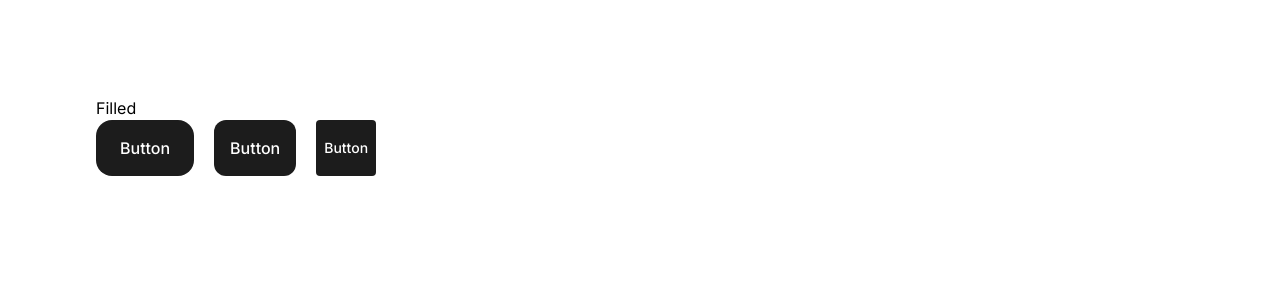
Repository: ggonzaga29/polarized-dashboard
Page: /
An editor plug-in stored every save of this project. The page is shown before and after the next save, followed by the edit.
The browser window is 1280 px wide. The pictures show the whole page.
The project was rebuilt for these pictures with package versions that can differ from the ones it lists, and the page was loaded fresh each time. The framework's server and built-in components were replaced by stand-ins that run in the browser. Also part of the build but not shown: next.config.js.

Above is the page before, as saved 2023-08-03 12:55:35.

### src/app/layout.jsx
import './globals.css';
import { Inter } from 'next/font/google';
import { ThemeProvider } from '@/context/theme-provider';

const inter = Inter({ subsets: ['latin'] });

export const metadata = {
  title: 'Polarized | Dashboard',
};

export default function RootLayout({ children }) {
  return (
    <html lang="en">
      <body className={inter.className}>
        <ThemeProvider attribute="class" defaultTheme="system" enableSystem>
          {children}
        </ThemeProvider>
      </body>
    </html>
  );
}

### src/app/page.jsx
import Image from 'next/image';
import { Button } from '@/components/ui/button';

export default function Home() {
  return (
    <main className="min-h-screen flex-col items-center justify-between p-24">
      <h2>Filled</h2>
      <div className="flex gap-5 ">
        <Button variant="filled" size="lg">
          Button
        </Button>
        <Button variant="filled" size="md">
          Button
        </Button>
        <Button variant="filled" size="sm">
          Button
        </Button>
      </div>
    </main>
  );
}

### src/app/globals.css
@tailwind base;
@tailwind components;
@tailwind utilities;

@layer base {
  :root {
    /* --background: 0 0% 100%;
    --foreground: 240 10% 3.9%;

    --muted: 240 4.8% 95.9%;
    --muted-foreground: 240 3.8% 46.1%;

    --popover: 0 0% 100%;
    --popover-foreground: 240 10% 3.9%;

    --card: 0 0% 100%;
    --card-foreground: 240 10% 3.9%;

    --border: 240 5.9% 90%;
    --input: 240 5.9% 90%;

    --primary: 240 5.9% 10%;
    --primary-foreground: 0 0% 98%;

    --secondary: 240 4.8% 95.9%;
    --secondary-foreground: 240 5.9% 10%;

    --accent: 240 4.8% 95.9%;
    --accent-foreground: 240 5.9% 10%;

    --destructive: 0 84.2% 60.2%;
    --destructive-foreground: 0 0% 98%;

    --ring: 240 5% 64.9%;

    --radius: 0.5rem; */

    /* 1C1C1C */
    --black-100: hsl(0, 0%, 11%);
    --black-80: hsl(0%, 11%, 80%);

    --white-100: hsl(0, 0%, 100%);
    --white-80: hsl(0, 0%, 80%);
    --white-40: hsl(0, 0%, 40%);
    --white-20: hsl(0, 0%, 20%);
    --white-10: hsl(0, 0%, 10%);
    --white-5: hsl(0, 0%, 5%);

    /* F7F9FB */
    --primary-light: hsl(210, 50%, 98%);
    /* E3F5FF */
    --primary-blue: hsl(210, 90%, 95%);
    /* E5ECF6 */
    --primary-purple: hsl(240, 20%, 90%);
    /* 1C1C1C */
    --primary-brand: hsl(0, 0%, 11%);

    /* 95A4FC */
    --secondary-purple-a: hsl(240, 60%, 75%);
    /* A8C5DA */
    --secondary-blue-a: hsl(200, 30%, 75%);
    /* E3F5FF */
    --secondary-blue-b: hsl(210, 90%, 95%);
    /* A1E3CB */
    --secondary-green-a: hsl(160, 70%, 75%);
    /* BAEDBD */
    --secondary-green-b: hsl(100, 40%, 75%);
    /* FFE999 */
    --secondary-yellow: hsl(50, 100%, 75%);
    /* FF4747 */
    --secondary-red: hsl(0, 100, 64);
  }

  .dark {
    /* --background: 240 10% 3.9%;
    --foreground: 0 0% 98%;

    --muted: 240 3.7% 15.9%;
    --muted-foreground: 240 5% 64.9%;

    --popover: 240 10% 3.9%;
    --popover-foreground: 0 0% 98%;

    --card: 240 10% 3.9%;
    --card-foreground: 0 0% 98%;

    --border: 240 3.7% 15.9%;
    --input: 240 3.7% 15.9%;

    --primary: 0 0% 98%;
    --primary-foreground: 240 5.9% 10%;

    --secondary: 240 3.7% 15.9%;
    --secondary-foreground: 0 0% 98%;

    --accent: 240 3.7% 15.9%;
    --accent-foreground: 0 0% 98%;

    --destructive: 0 62.8% 30.6%;
    --destructive-foreground: 0 85.7% 97.3%;

    --ring: 240 3.7% 15.9%; */
  }
}

@layer base {

}

### src/components/ui/button.jsx
import React from 'react';
import { cva } from 'class-variance-authority';
import { twMerge } from 'tailwind-merge';

const button = cva(
  [
    'inline-flex items-center justify-center font-medium transition-colors disabled:pointer-events-none disabled:opacity-50',
  ],
  {
    variants: {
      variant: {
        filled: ['bg-[#1C1C1C]', 'text-white', "hover:bg-[#2C2C2C]"],
				outlined: ['border-[#1C1C1C]', 'text-[#1C1C1C]', 'hover:bg-[#1C1C1C]'],
				gray: ['bg-[#F5F5F5]', 'text-[#1C1C1C]', 'hover:bg-[#E5E5E5]'],
				ghost: ['text-[#1C1C1C]', 'hover:bg-[#1C1C1C]'],
      },

      size: {
        sm: ['px-2', 'py-1', 'rounded', "text-sm"],
        md: ['px-4', 'py-2', 'rounded-xl'],
        lg: ['px-6', 'py-4', 'rounded-2xl'],
      },
    },
  },
);

const Button = ({ variant, size, className, children }) => {
  if (!variant) variant = 'primary';
  if (!size) size = 'md';

  return (
    <button className={twMerge(button({ variant, size }), className)}>
      {children}
    </button>
  );
};

Button.displayName = 'Button';

export { Button };

### tailwind.config.js
/** @type {import('tailwindcss').Config} */
module.exports = {
	darkMode: ["class"],
	content: [
		'./pages/**/*.{js,jsx}',
		'./components/**/*.{js,jsx}',
		'./app/**/*.{js,jsx}',
		'./src/**/*.{js,jsx}',
	],
	theme: {
		// container: {
		//   center: true,
		//   padding: "2rem",
		//   screens: {
		//     "2xl": "1400px",
		//   },
		// },
		extend: {
			colors: {

				black: {
					DEFAULT: "#000000",
					100: "#F5F5F5",
					200: "#EEEEEE",


					// border: "hsl(var(--border))",
					// input: "hsl(var(--input))",
					// ring: "hsl(var(--ring))",
					// background: "hsl(var(--background))",
					// foreground: "hsl(var(--foreground))",
					// primary: {
					//   DEFAULT: "hsl(var(--primary))",
					//   foreground: "hsl(var(--primary-foreground))",
					// },
					// secondary: {
					//   DEFAULT: "hsl(var(--secondary))",
					//   foreground: "hsl(var(--secondary-foreground))",
					// },
					// destructive: {
					//   DEFAULT: "hsl(var(--destructive))",
					//   foreground: "hsl(var(--destructive-foreground))",
					// },
					// muted: {
					//   DEFAULT: "hsl(var(--muted))",
					//   foreground: "hsl(var(--muted-foreground))",
					// },
					// accent: {
					//   DEFAULT: "hsl(var(--accent))",
					//   foreground: "hsl(var(--accent-foreground))",
					// },
					// popover: {
					//   DEFAULT: "hsl(var(--popover))",
					//   foreground: "hsl(var(--popover-foreground))",
					// },
					// card: {
					//   DEFAULT: "hsl(var(--card))",
					//   foreground: "hsl(var(--card-foreground))",
					// },
				},
				borderRadius: {
					// lg: "var(--radius)",
					// md: "calc(var(--radius) - 2px)",
					// sm: "calc(var(--radius) - 4px)",
				},
				keyframes: {
					// "accordion-down": {
					//   from: { height: 0 },
					//   to: { height: "var(--radix-accordion-content-height)" },
					// },
					// "accordion-up": {
					//   from: { height: "var(--radix-accordion-content-height)" },
					//   to: { height: 0 },
					// },
				},
				animation: {
					// "accordion-down": "accordion-down 0.2s ease-out",
					// "accordion-up": "accordion-up 0.2s ease-out",
				},
			},
		},
		plugins: [require("tailwindcss-animate")],
	}
}

Loaded but not shown: src/context/theme-provider.jsx (common file)

After the next save:
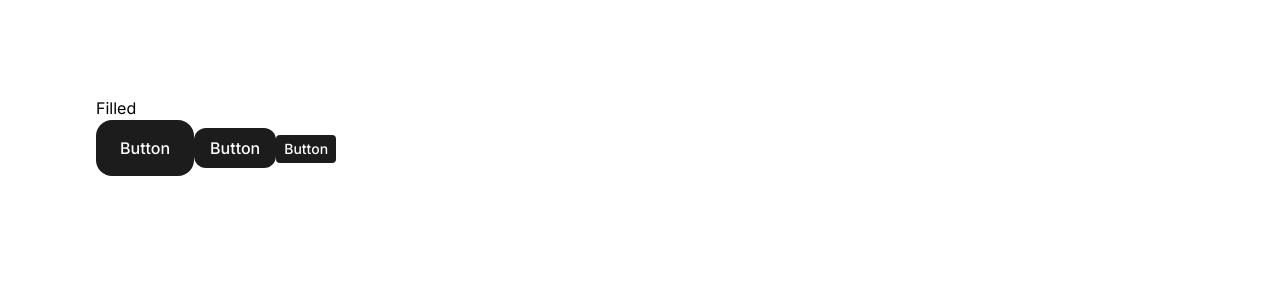
Saved 44 s later.
--- a/src/app/page.jsx
+++ b/src/app/page.jsx
@@ -5,17 +5,15 @@ export default function Home() {
   return (
     <main className="min-h-screen flex-col items-center justify-between p-24">
       <h2>Filled</h2>
-      <div className="flex gap-5 ">
-        <Button variant="filled" size="lg">
-          Button
-        </Button>
-        <Button variant="filled" size="md">
-          Button
-        </Button>
-        <Button variant="filled" size="sm">
-          Button
-        </Button>
-      </div>
+      <Button variant="filled" size="lg">
+        Button
+      </Button>
+      <Button variant="filled" size="md">
+        Button
+      </Button>
+      <Button variant="filled" size="sm">
+        Button
+      </Button>
     </main>
   );
 }
